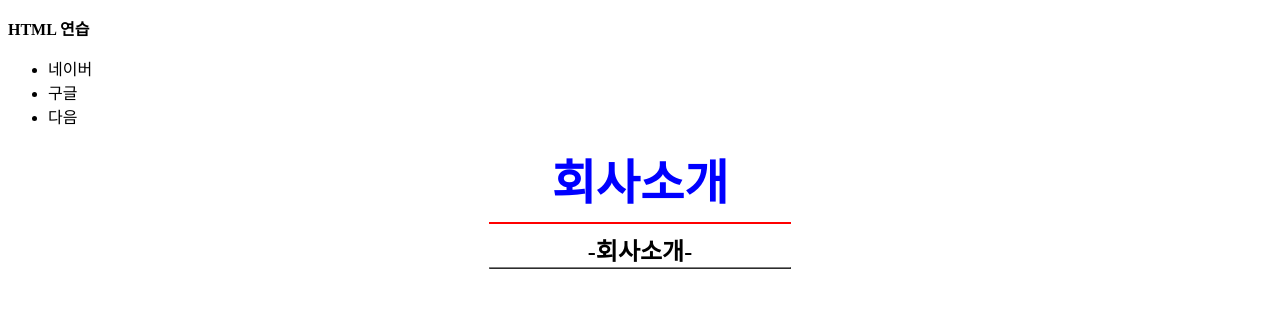
Repository: sika5382/jsp
Page: html/WebContent/NewFile2.html
These files come from the project's save history. The page is drawn as it stood at one moment and after the next save; the edit follows.
The browser window is 1280 px wide. The pictures show the whole page.

Above is the page before, as saved 2020-10-29 07:58:07.

### html/WebContent/NewFile2.html
<!DOCTYPE html>
<html>
<head>
<meta charset="UTF-8">
<title>Insert title here</title>
</head>
<body>
	<dl bgcolor="blue">
		<dt><b>HTML 연습</b>

	</dl>


	<table border="1" align="center" width="300" bgcolor="khaki">



			<caption>
				<font size="7" color = "blue" align="center"><b>회사소개</b></font>
				<hr color="red" width = "300">
				<font size="5"><b>-회사소개-</b></font>


			</caption>

			<tr>
				<ul>

				<li>네이버</li>
				<li>구글</li>
				<li>다음</li>

				</ul>
			</tr>


	</table>


</body>
</html>

After the next save:
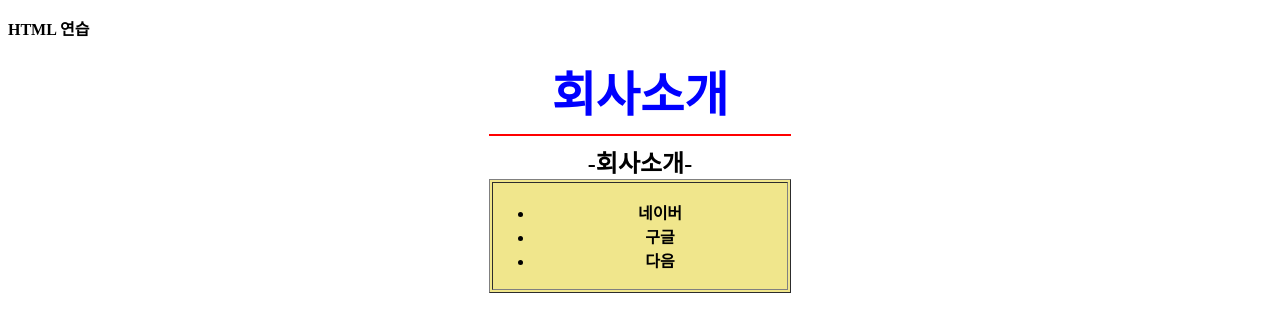
Saved 45 s later.
--- a/html/WebContent/NewFile2.html
+++ b/html/WebContent/NewFile2.html
@@ -24,6 +24,7 @@
 			</caption>
 
 			<tr>
+				<th>
 				<ul>
 
 				<li>네이버</li>
@@ -31,6 +32,7 @@
 				<li>다음</li>
 
 				</ul>
+				</th>
 			</tr>
 
 
